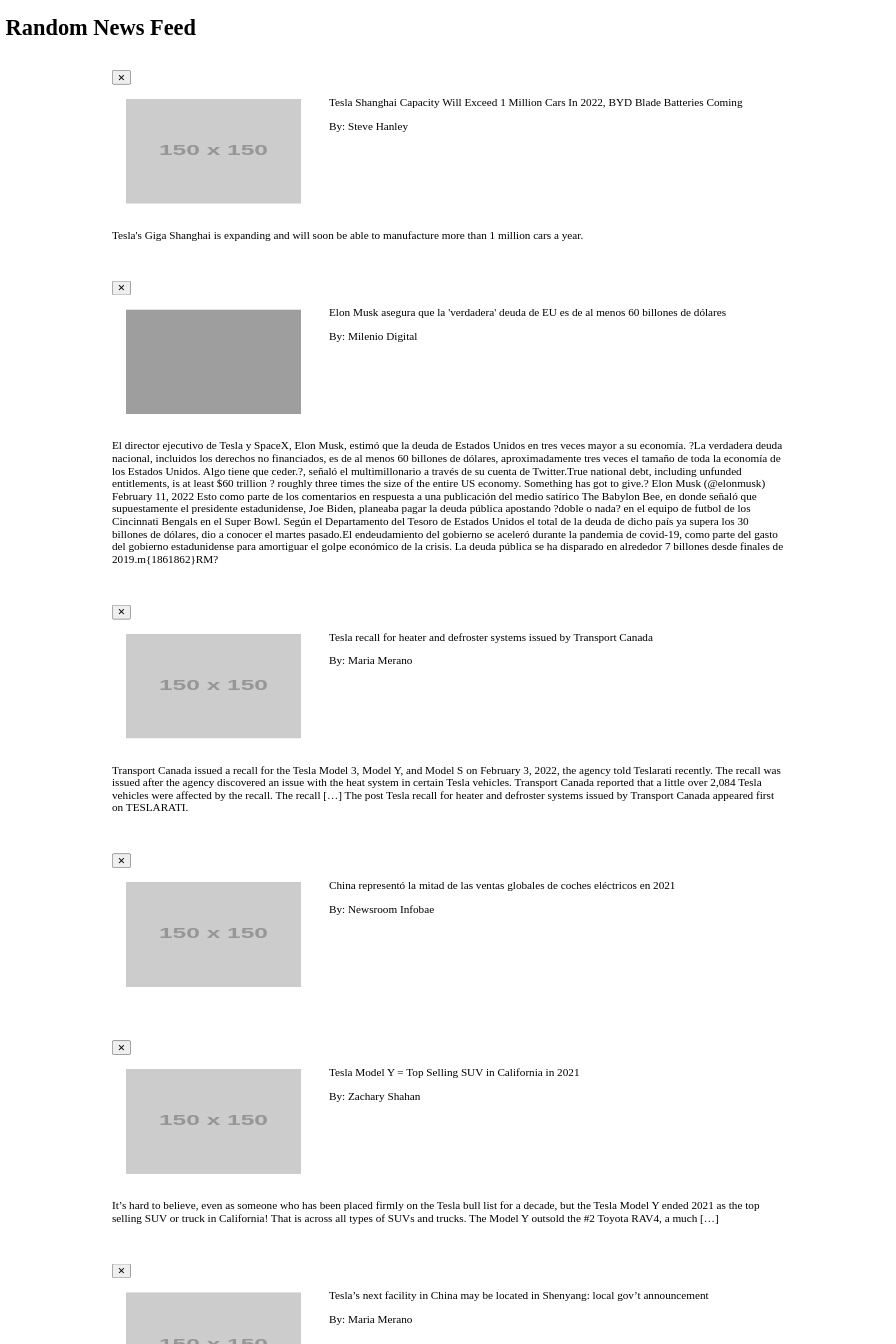
Repository: SandyLy453/comp3170-lab3
Page: /
These files come from the project's save history. The page is drawn as it stood at one moment and after the next save; the edit follows.
The browser window is 1280 px wide. The pictures show the part of the page from y = 0 to 1920 px (the page is 23819 px tall), at 70% of full size.
Pictures or frames that could not be fetched are drawn as grey boxes. The project was rebuilt for these pictures with package versions that can differ from the ones it lists, and the page was loaded fresh each time. Also part of the build but not shown: vite.config.js.

Above is the page before, as saved 2024-09-28 16:52:36.

After the next save:
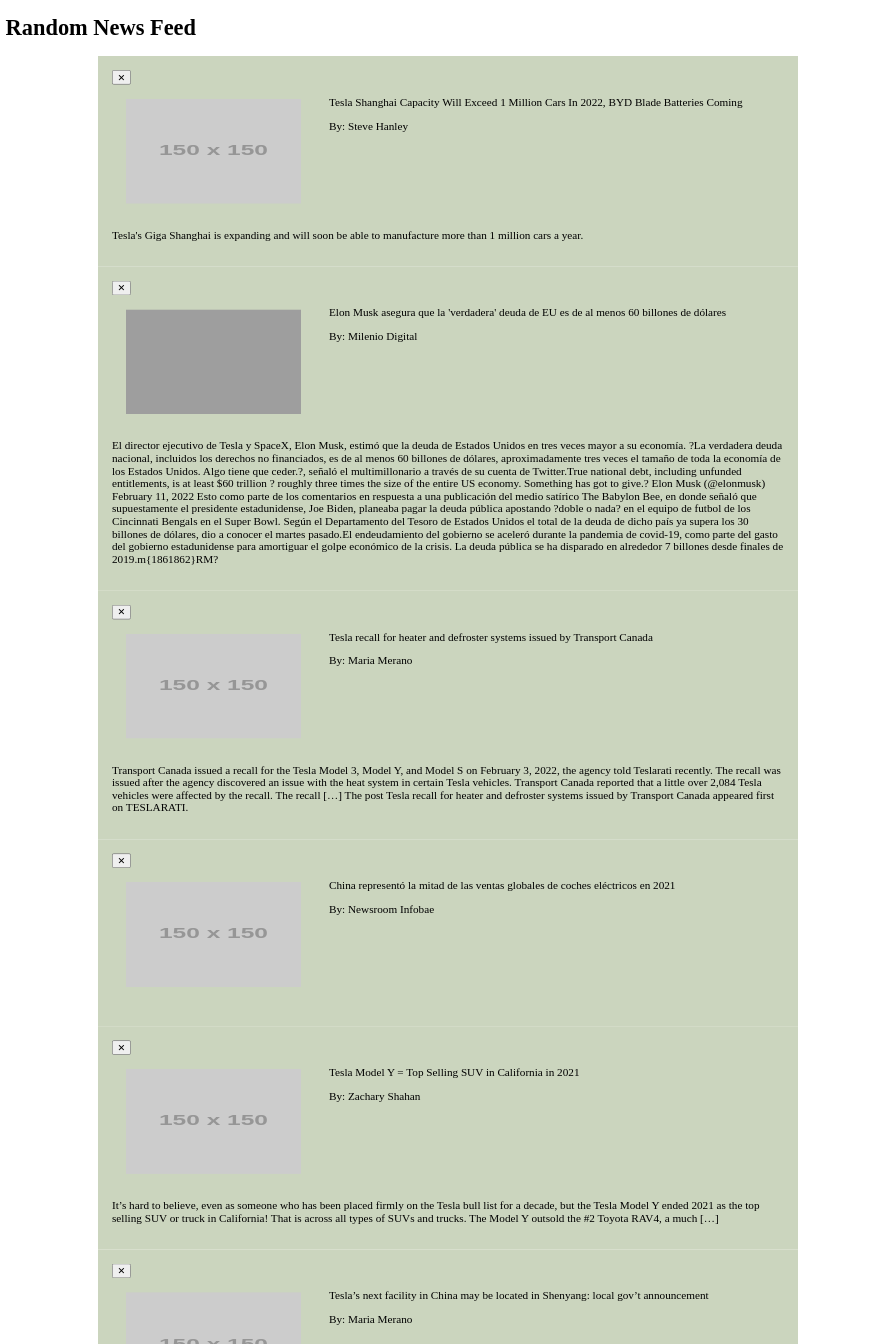
Saved 37 s later.
--- a/src/index.css
+++ b/src/index.css
@@ -73,6 +73,7 @@
   padding: 20px;
   align-items: center;
   margin: auto;
+  background-color: #cbd5be;
 }
 
 .top {
